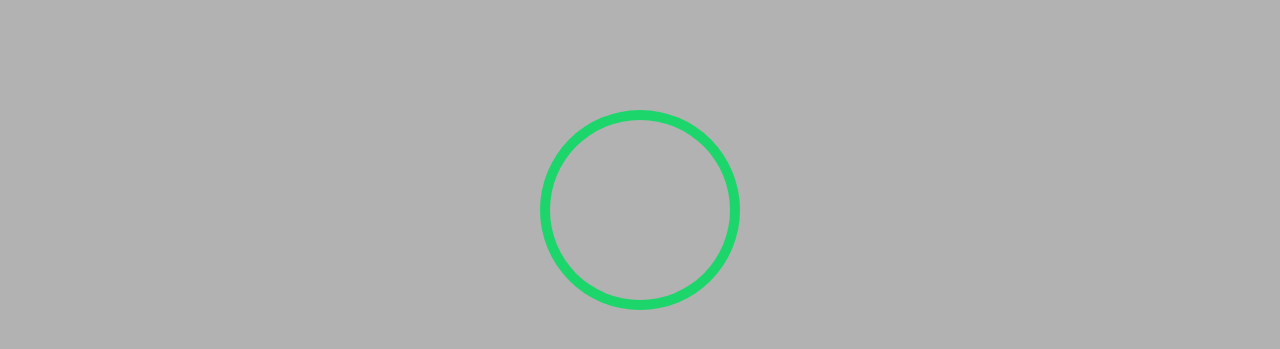
Repository: gyypwrs/css-practice
Page: adsorbed-circle/index.html
The author's editor kept a copy of each file at every save. The page is drawn from the files as they stood at one save, then again after the next save.
The browser window is 1280 px wide. The pictures show the whole page.

Above is the page before, as saved 2022-05-13 16:15:18.

After the next save:
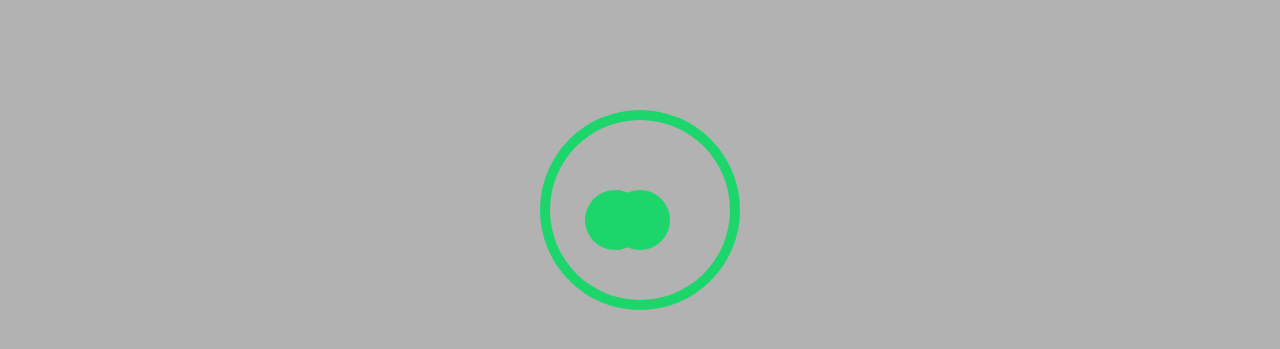
Saved 13 s later.
--- a/adsorbed-circle/index.html
+++ b/adsorbed-circle/index.html
@@ -64,6 +64,7 @@
       ctx.fillStyle="#1cd66c"
       ctx.fill()
     }
+    absorbedCircular()
     // function drawCircle(x,y) {
     //   ctx.beginPath();
     //   ctx.arc(x,y,50,0,2*Math.PI);
